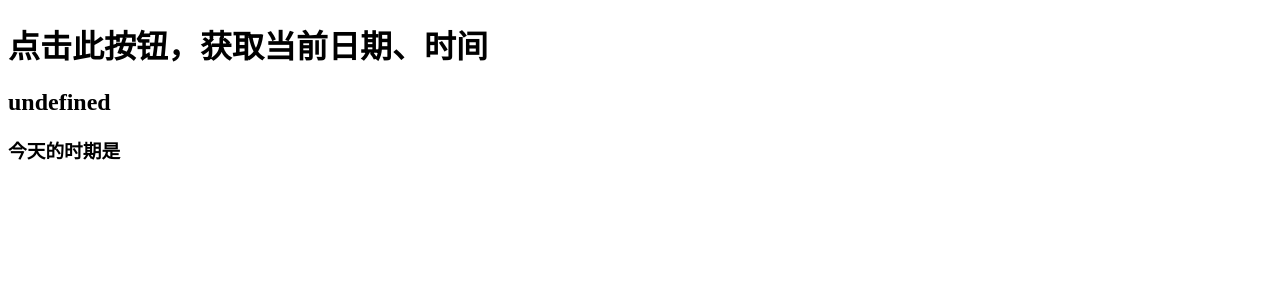
Repository: zhongmoumou/Codes
Page: 测试.html
An editor plug-in stored every save of this project. The page is shown before and after the next save, followed by the edit.
The browser window is 1280 px wide. The pictures show the whole page.
After loading, the first visible `#btn1` was clicked once.

Above is the page before, as saved 2021-12-08 00:12:53.

After the next save:
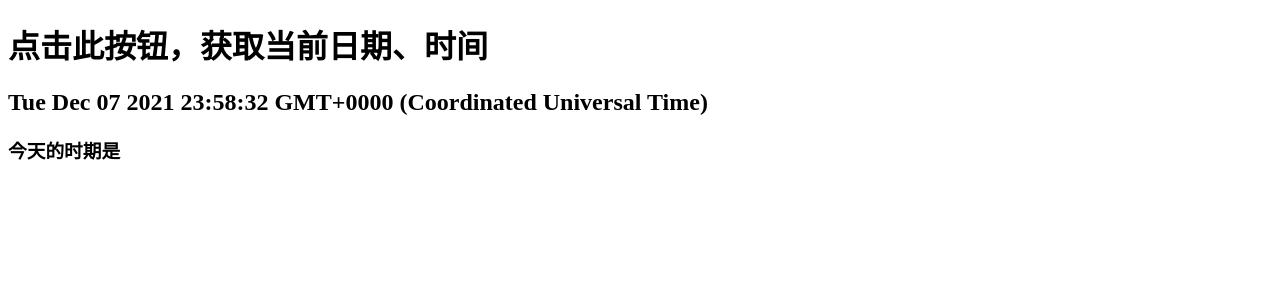
Saved 23 s later.
--- a/测试.html
+++ b/测试.html
@@ -23,7 +23,7 @@
 
     function date() {
       let date = new Date();
-      alert(date);
+      return date;
     }
 
     // 该函数的作用是：返回当前日期（年/月/日/星期）
